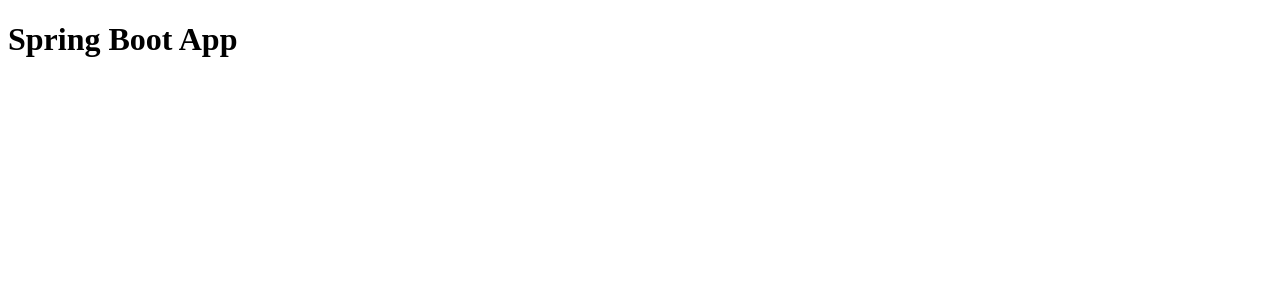
Repository: rdrayef/Spring-SpringBoot-MQL
Page: p05-spring-boot/src/main/webapp/index.html
These files come from the project's save history. The page is drawn as it stood at one moment and after the next save; the edit follows.
The browser window is 1280 px wide. The pictures show the whole page.

Above is the page before, as saved 2023-04-03 14:22:06.

After the next save:
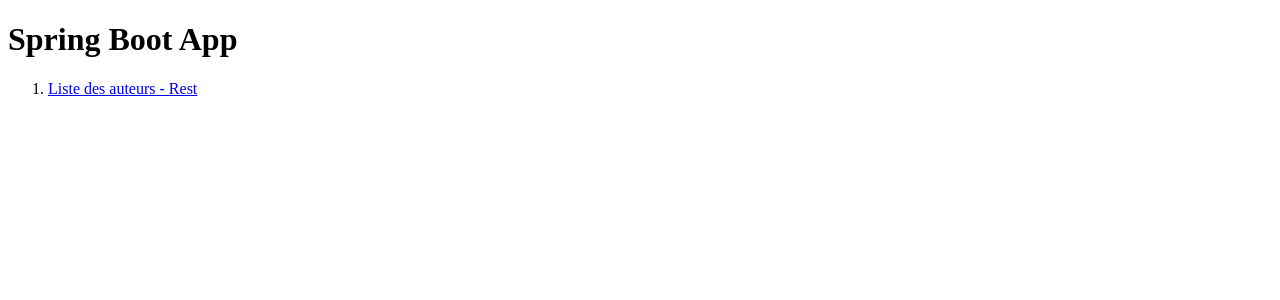
Saved 3 min 10 s later.
--- a/p05-spring-boot/src/main/webapp/index.html
+++ b/p05-spring-boot/src/main/webapp/index.html
@@ -6,5 +6,8 @@
 </head>
 <body>
 	<h1>Spring Boot App</h1>
+	<ol>
+		<li><a href="get-all-authors">Liste des auteurs - Rest</a></li>
+	</ol>
 </body>
 </html>
